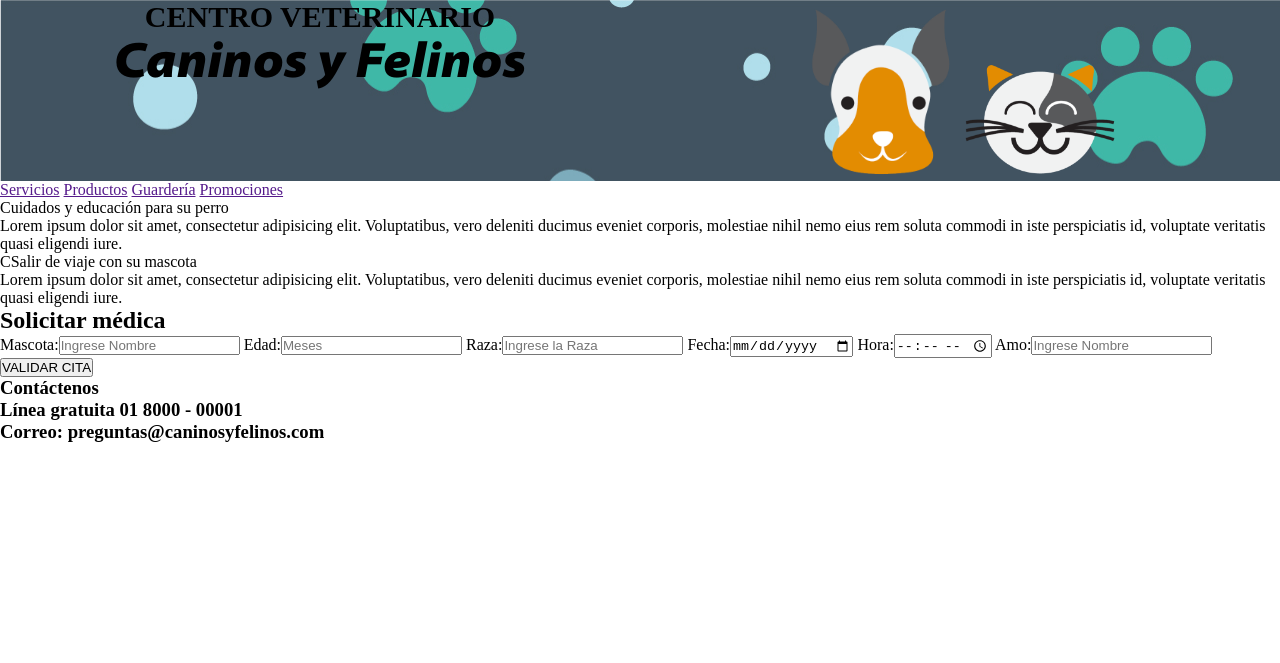
Repository: mariomr87/senaweb01
Page: principal.html
These files come from the project's save history. The page is drawn as it stood at one moment and after the next save; the edit follows.
The browser window is 1280 px wide. The pictures show the whole page.

Above is the page before, as saved 2021-09-26 20:28:17.

### principal.html
<!DOCTYPE html>
<html lang="en">
<head>
    <meta charset="UTF-8">
    <meta http-equiv="X-UA-Compatible" content="IE=edge">
    <meta name="viewport" content="width=device-width, initial-scale=1.0">
    <link rel="stylesheet" href="estilos.css">
    <title>Document</title>
</head>
<body>
    <div>
        <header>
            <div id="cabecera">
                <div class="header-text">
                    <h3>CENTRO VETERINARIO</h3>
                    <h1>Caninos y Felinos</h1>
                </div>
                <div class="header-img">
                    <img src="./imagenes/dog_white.png" alt="">
                    <img src="./imagenes/cat_white.png" alt="">
                </div>
            </div>
        </header>
        <nav>
            <td>
                <tr><a href="">Servicios</a></tr>
                <tr><a href="">Productos</a></tr>
                <tr><a href="">Guardería</a></tr>
                <tr><a href="">Promociones</a></tr>
            </td>
        </nav>
        <section>
            <article>
                <p>Cuidados y educación para su perro</p>
                <p>Lorem ipsum dolor sit amet, consectetur adipisicing elit. Voluptatibus, vero deleniti ducimus eveniet corporis, molestiae nihil nemo eius rem soluta commodi in iste perspiciatis id, voluptate veritatis quasi eligendi iure.</p>
            </article>
            <article>
                <p>CSalir de viaje con su mascota</p>
                <p>Lorem ipsum dolor sit amet, consectetur adipisicing elit. Voluptatibus, vero deleniti ducimus eveniet corporis, molestiae nihil nemo eius rem soluta commodi in iste perspiciatis id, voluptate veritatis quasi eligendi iure.</p>
            </article>
        </section>
        <aside>
            <form action="">
                <div><h2>Solicitar médica</h2></div>
                <div>
                    <label for="mascota_name">Mascota:</label><input type="text" placeholder="Ingrese Nombre" id="">
                    <label for="age_pet">Edad:</label><input type="number" name="" id="" placeholder="Meses">
                    <label for="raza_pet">Raza:</label><input type="text" name="" id="" placeholder="Ingrese la Raza">
                    <label for="fecha_ingreso_pet">Fecha:</label><input type="date" name="" id="">
                    <label for="hora_ingreso_pet">Hora:</label><input type="time" name="" id="">
                    <label for="amo_pet">Amo:</label><input type="text" name="" id="" placeholder="Ingrese Nombre">
                    <button type="submit">VALIDAR CITA</button>
                </div>
            </form>
        </aside>
        <footer>
            <h3>Contáctenos</h3>
            <h3>Línea gratuita 01 8000 - 00001</h3>
            <h3>Correo: preguntas@caninosyfelinos.com</h3>
        </footer>
    </div>
</body>
</html>

### estilos.css
*{
    margin: 0px;
    padding: 0px;
}

@font-face {
    font-family: Myriad_Pro ;
    src: url(./extra/MyriadProBlackSemiExtendedItalic.otf);
}

h1{
    font-family: Myriad_pro;
}
header div img{
    width: 25%;
}

header{

}

#cabecera{
    background-image: url("./imagenes/OPSEG70.jpg");
    background-repeat: initial;
    width: 100%;
    display: flex;
    text-align: center;


}

.header-text,.header-img{
    width:50%;
}

.header-text h3{
    font-size: 30px;
}

.header-text h1{
    font-size: 50px;
}

After the next save:
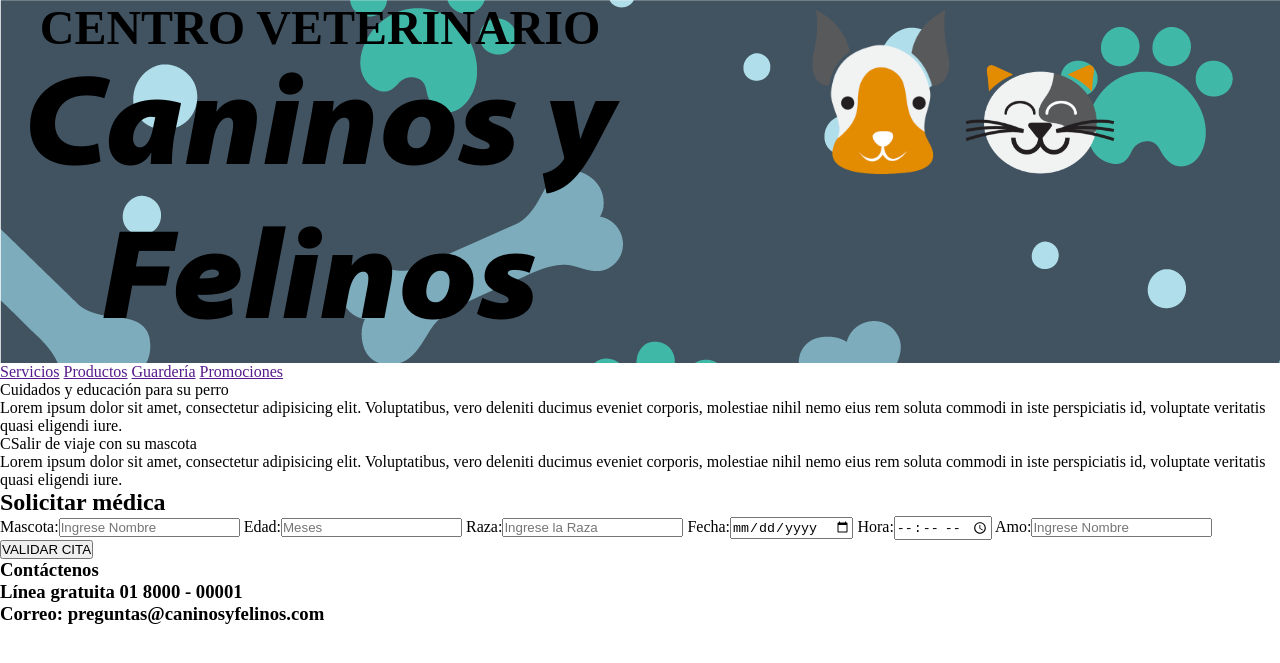
Saved 17 s later.
--- a/estilos.css
+++ b/estilos.css
@@ -34,9 +34,9 @@ header{
 }
 
 .header-text h3{
-    font-size: 30px;
+    font-size: 3em;
 }
 
 .header-text h1{
-    font-size: 50px;
+    font-size: 8em;
 }
